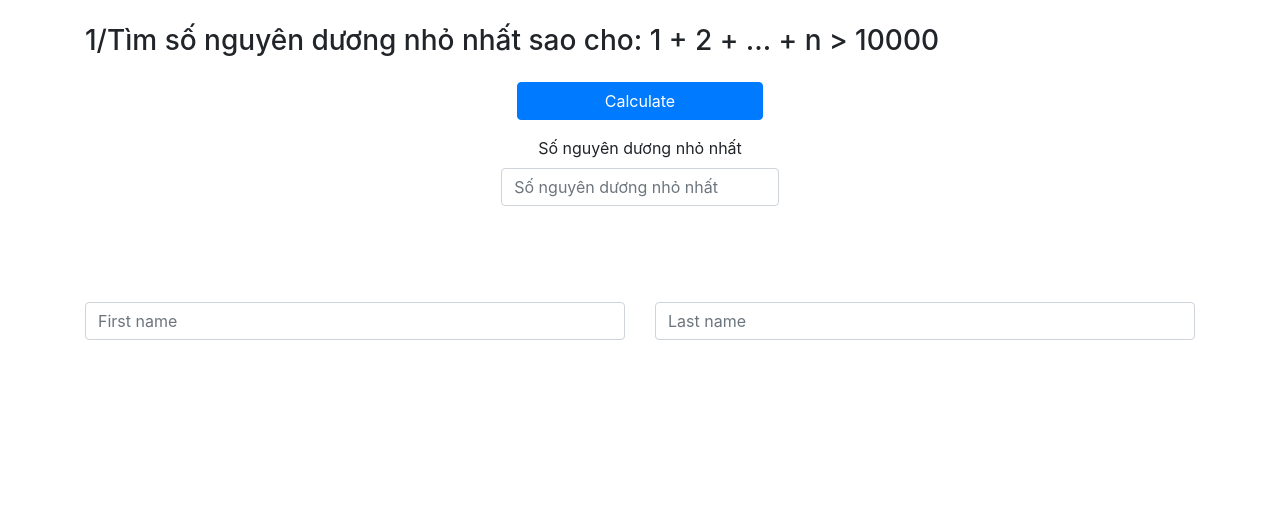
Repository: baobaodeveloper/bootcamp21__loop__HuynhAnhBao
Page: index.html
These files come from the project's save history. The page is drawn as it stood at one moment and after the next save; the edit follows.
The browser window is 1280 px wide. The pictures show the whole page.

Above is the page before, as saved 2022-03-16 23:07:02.

After the next save:
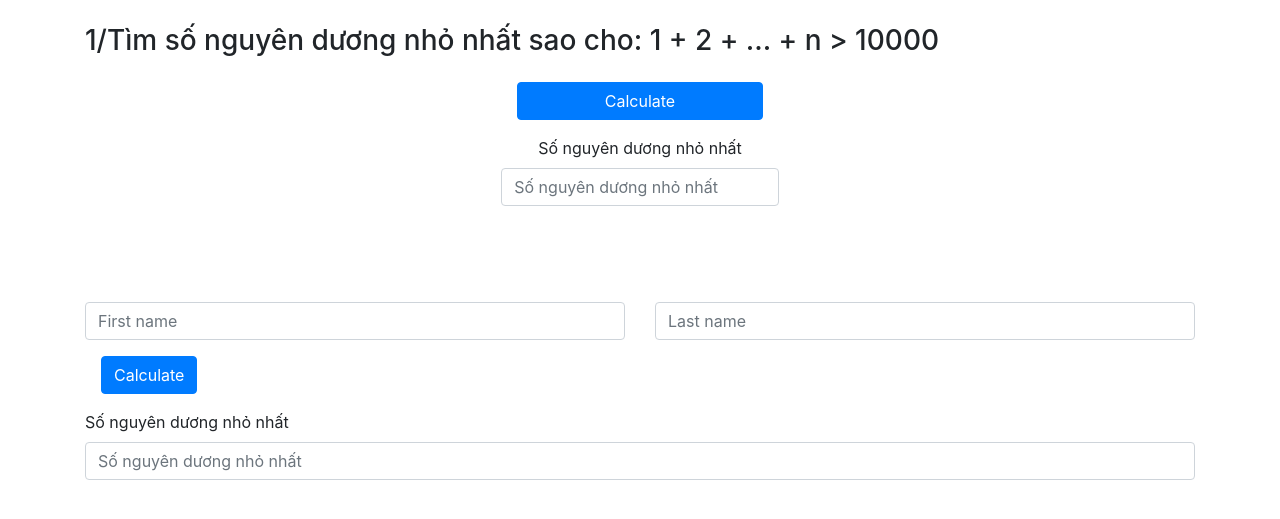
Saved 79 s later.
--- a/index.html
+++ b/index.html
@@ -45,6 +45,20 @@
           <input type="text" class="form-control" placeholder="Last name" />
         </div>
       </div>
+
+      <button type="button" id="min-number" class="btn btn-primary m-3">
+        Calculate
+      </button>
+
+      <div>
+        <label class="form-label">Số nguyên dương nhỏ nhất</label>
+        <input
+          type="email"
+          class="form-control"
+          id="result1"
+          placeholder="Số nguyên dương nhỏ nhất"
+        />
+      </div>
     </div>
 
     <!-- Optional JavaScript -->
